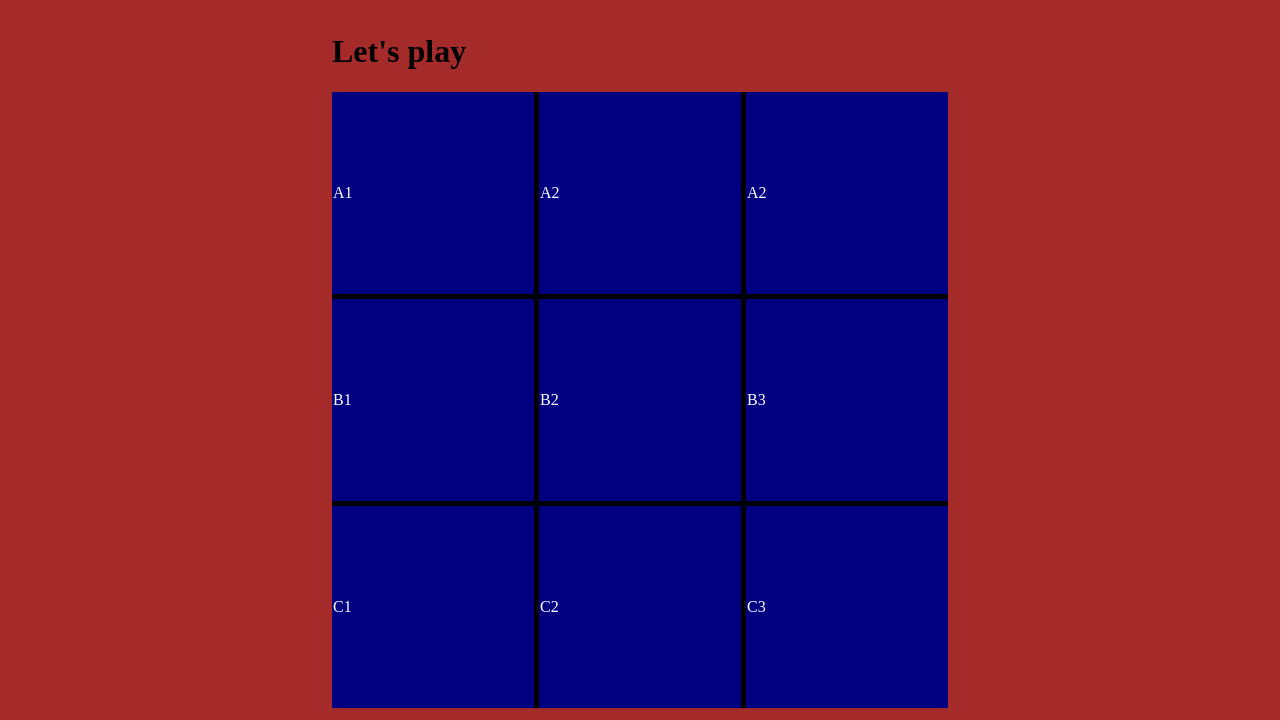
Repository: anas-essaguiar/epita.advancedWeb
Page: tictatoe/index.html
These files come from the project's save history. The page is drawn as it stood at one moment and after the next save; the edit follows.
The browser window is 1280 px wide. The pictures show the whole page.

Above is the page before, as saved 2021-04-14 15:05:04.

After the next save:
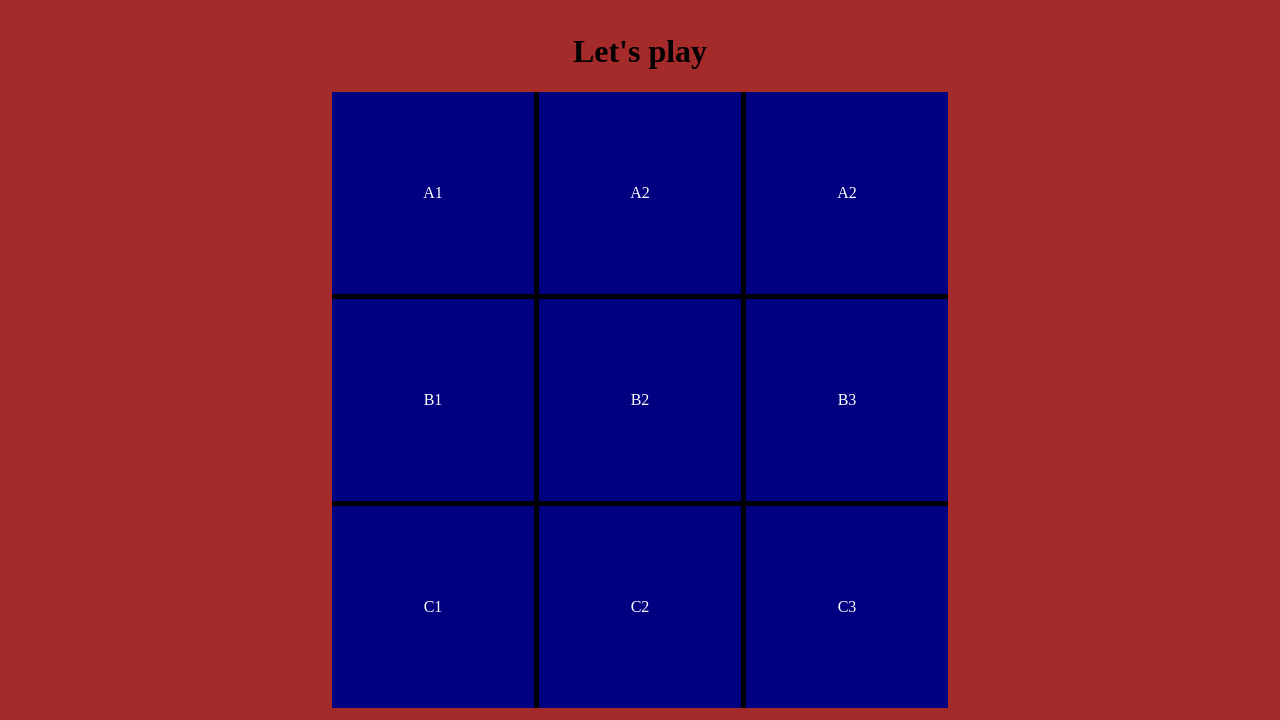
Saved 26 s later.
--- a/tictatoe/style.css
+++ b/tictatoe/style.css
@@ -7,7 +7,9 @@ background-color: brown;
     height: 200px;
 }
 
-
+ div{
+     text-align: center;
+ }
 #table1 {
     border-collapse: collapse;
     border-style: hidden;
